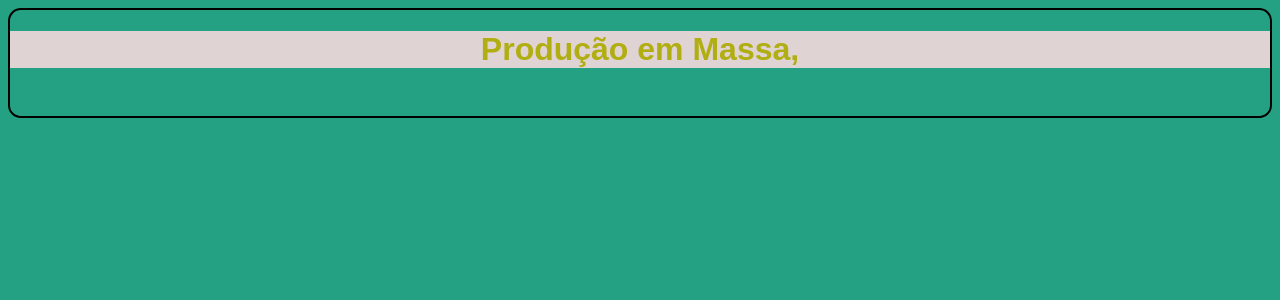
Repository: batmit/FutureFundation.github.io-1
Page: menu/articles/economia/prodção_em_massa.html
These files come from the project's save history. The page is drawn as it stood at one moment and after the next save; the edit follows.
The browser window is 1280 px wide. The pictures show the whole page.

Above is the page before, as saved 2021-11-03 14:42:14.

After the next save:
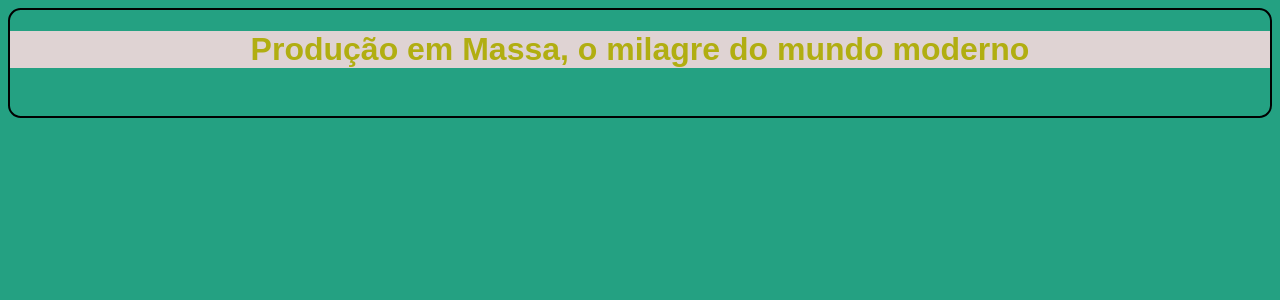
Saved 2 min 1 s later.
--- a/menu/articles/economia/prodção_em_massa.html
+++ b/menu/articles/economia/prodção_em_massa.html
@@ -10,7 +10,7 @@
 <body>
     <div id="all">
         <header>
-            <h1>Produção em Massa, </h1>
+            <h1>Produção em Massa, o milagre do mundo moderno</h1>
         </header>
     </div>
 </body>
